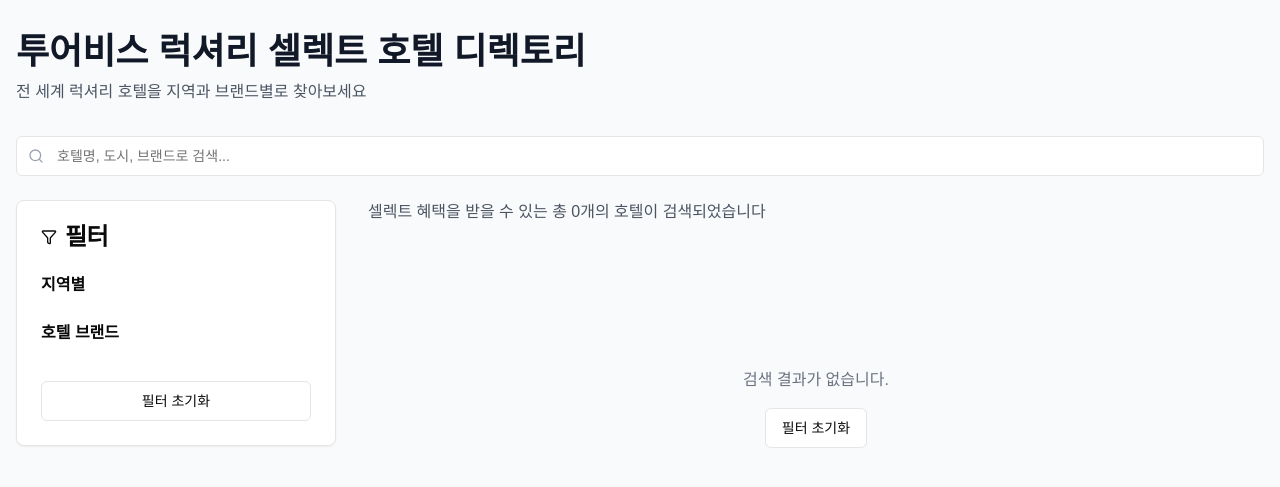
Repository: Dev-Expertise-TS/select-hotel-list2
Page: /
These files come from the project's save history. The page is drawn as it stood at one moment and after the next save; the edit follows.
The browser window is 1280 px wide. The pictures show the whole page.
The page's requests for data from a server got no answer. The project was rebuilt for these pictures with package versions that can differ from the ones it lists, and the page was loaded fresh each time. The framework's server and built-in components were replaced by stand-ins that run in the browser. No one was signed in, and anything a server would have sent is missing. Also part of the build but not shown: next.config.mjs, src/components/ui/badge.tsx, src/components/ui/checkbox.tsx, src/components/ui/label.tsx.

Above is the page before, as saved 2025-06-16 22:48:47.

### app/page.tsx
"use client";

import { useState, useMemo, useEffect } from "react";
import { Search, Filter, Loader2 } from "lucide-react";
import { Button } from "@/components/ui/button";
import { Input } from "@/components/ui/input";
import { Card, CardContent, CardHeader, CardTitle } from "@/components/ui/card";
import { Badge } from "@/components/ui/badge";
import { Checkbox } from "@/components/ui/checkbox";
import { Label } from "@/components/ui/label";
import {
  Sheet,
  SheetContent,
  SheetDescription,
  SheetHeader,
  SheetTitle,
  SheetTrigger,
} from "@/components/ui/sheet";
import { loadHotelData } from "../data/hotels";
import type { FilterState, Hotel } from "../types/hotel";
import Image from "next/image";

const ITEMS_PER_PAGE = 12;

// 브랜드명을 정규화하는 함수
function normalizeBrandName(brandName: string): string {
  if (!brandName) return "기타";

  let normalized = brandName.trim();

  // 괄호 안의 내용 제거 (예: "LXR Hotels & Resorts (Hilton)" -> "LXR Hotels & Resorts")
  normalized = normalized.replace(/\s*$$[^)]*$$/g, "");

  // 쉼표 이후 내용 제거
  normalized = normalized.split(",")[0].trim();

  // 공통 접미사 제거
  const suffixesToRemove = [
    "Hotels & Resorts",
    "Hotels and Resorts",
    "International",
    "Worldwide",
    "Collection",
    "Group",
    "Hotels",
    "Resorts",
    "& Resorts",
    "and Resorts",
  ];

  for (const suffix of suffixesToRemove) {
    const regex = new RegExp(
      `\\s+${suffix.replace(/[.*+?^${}()|[\]\\]/g, "\\$&")}$`,
      "i"
    );
    normalized = normalized.replace(regex, "");
  }

  // 특별한 경우들 처리
  const brandMappings: { [key: string]: string } = {
    "DoubleTree by Hilton": "DoubleTree",
    "Hampton Inn & Suites": "Hampton Inn",
    "Hampton Inn by Hilton": "Hampton Inn",
    "Hilton Garden Inn": "Hilton Garden Inn",
    "Embassy Suites by Hilton": "Embassy Suites",
    "Homewood Suites by Hilton": "Homewood Suites",
    "Home2 Suites by Hilton": "Home2 Suites",
    "Tru by Hilton": "Tru",
    "Curio Collection by Hilton": "Curio Collection",
    "Tapestry Collection by Hilton": "Tapestry Collection",
    "LXR Hotels & Resorts": "LXR",
    "Waldorf Astoria": "Waldorf Astoria",
    Conrad: "Conrad",

    "Marriott Hotels": "Marriott",
    "JW Marriott": "JW Marriott",
    "The Ritz-Carlton": "Ritz-Carlton",
    "W Hotels": "W Hotels",
    "The Luxury Collection": "Luxury Collection",
    "St. Regis": "St. Regis",
    "Le Meridien": "Le Meridien",
    Westin: "Westin",
    Sheraton: "Sheraton",
    Renaissance: "Renaissance",
    "Autograph Collection": "Autograph Collection",
    "Delta Hotels": "Delta Hotels",
    "Marriott Executive Apartments": "Marriott Executive Apartments",
    "Courtyard by Marriott": "Courtyard",
    "Four Points by Sheraton": "Four Points",
    "SpringHill Suites": "SpringHill Suites",
    "Fairfield Inn & Suites": "Fairfield Inn",
    "Residence Inn": "Residence Inn",
    "TownePlace Suites": "TownePlace Suites",
    "AC Hotels by Marriott": "AC Hotels",
    Aloft: "Aloft",
    Element: "Element",
    Moxy: "Moxy",

    "Park Hyatt": "Park Hyatt",
    "Grand Hyatt": "Grand Hyatt",
    "Hyatt Regency": "Hyatt Regency",
    "Hyatt Centric": "Hyatt Centric",
    Andaz: "Andaz",
    Thompson: "Thompson",
    "Hyatt House": "Hyatt House",
    "Hyatt Place": "Hyatt Place",

    InterContinental: "InterContinental",
    "Crowne Plaza": "Crowne Plaza",
    "Holiday Inn Express": "Holiday Inn Express",
    "Holiday Inn": "Holiday Inn",
    "Staybridge Suites": "Staybridge Suites",
    "Candlewood Suites": "Candlewood Suites",
    "Hotel Indigo": "Hotel Indigo",
    EVEN: "EVEN",
    Kimpton: "Kimpton",
    Regent: "Regent",
    "Six Senses": "Six Senses",
    HUALUXE: "HUALUXE",

    "Four Seasons": "Four Seasons",
    "Mandarin Oriental": "Mandarin Oriental",
    Peninsula: "Peninsula",
    "Shangri-La": "Shangri-La",
    "Banyan Tree": "Banyan Tree",
    Aman: "Aman",
    "One&Only": "One&Only",
    Rosewood: "Rosewood",
    Edition: "Edition",

    Sofitel: "Sofitel",
    Pullman: "Pullman",
    MGallery: "MGallery",
    Novotel: "Novotel",
    Mercure: "Mercure",
    Adagio: "Adagio",
    ibis: "ibis",
    "ibis Styles": "ibis Styles",
    "ibis budget": "ibis budget",
  };

  // 매핑된 브랜드명이 있으면 사용
  for (const [key, value] of Object.entries(brandMappings)) {
    if (normalized.toLowerCase().includes(key.toLowerCase())) {
      return value;
    }
  }

  return normalized.trim() || "기타";
}

export default function HotelDirectory() {
  const [currentPage, setCurrentPage] = useState(1);
  const [hotels, setHotels] = useState<Hotel[]>([]);
  const [loading, setLoading] = useState(true);
  const [filters, setFilters] = useState<FilterState>({
    search: "",
    regions: [],
    brands: [],
    priceRange: [0, 1000],
    minRating: 0,
  });

  // 데이터 로드
  useEffect(() => {
    async function fetchData() {
      setLoading(true);
      const data = await loadHotelData();
      setHotels(data);
      setLoading(false);
    }

    fetchData();
  }, []);

  const uniqueRegions = useMemo(() => {
    const regions = [...new Set(hotels.map((hotel) => hotel.region))];
    const filteredRegions = regions.filter(
      (region) => region && region !== "기타"
    );

    // 우선순위 지역 정의
    const priorityRegions = ["아시아", "북아메리카"];
    const orderedRegions: string[] = [];

    // 우선순위 지역을 먼저 추가
    priorityRegions.forEach((priority) => {
      if (filteredRegions.includes(priority)) {
        orderedRegions.push(priority);
      }
    });

    // 나머지 지역을 알파벳 순으로 추가
    const remainingRegions = filteredRegions
      .filter((region) => !priorityRegions.includes(region))
      .sort();

    orderedRegions.push(...remainingRegions);

    // "기타" 항목이 있으면 마지막에 추가
    const hasOther =
      regions.includes("기타") ||
      regions.includes("") ||
      regions.includes(null);
    if (hasOther) {
      orderedRegions.push("기타");
    }

    return orderedRegions;
  }, [hotels]);

  const regionCounts = useMemo(() => {
    const counts: { [key: string]: number } = {};
    hotels.forEach((hotel) => {
      const region = hotel.region || "기타";
      counts[region] = (counts[region] || 0) + 1;
    });
    return counts;
  }, [hotels]);

  const uniqueBrands = useMemo(() => {
    // 정규화된 브랜드명으로 그룹화
    const normalizedBrandCounts: { [key: string]: number } = {};
    const brandMapping: { [key: string]: string[] } = {}; // 정규화된 브랜드 -> 원본 브랜드들

    hotels.forEach((hotel) => {
      const originalBrand = hotel.brand;
      const normalizedBrand = normalizeBrandName(originalBrand);

      normalizedBrandCounts[normalizedBrand] =
        (normalizedBrandCounts[normalizedBrand] || 0) + 1;

      if (!brandMapping[normalizedBrand]) {
        brandMapping[normalizedBrand] = [];
      }
      if (!brandMapping[normalizedBrand].includes(originalBrand)) {
        brandMapping[normalizedBrand].push(originalBrand);
      }
    });

    const brands = Object.keys(normalizedBrandCounts);

    // 인기 브랜드 우선순위 정의
    const popularBrands = [
      "Marriott",
      "Hilton",
      "Hyatt",
      "InterContinental",
      "Four Seasons",
      "Ritz-Carlton",
      "Sheraton",
      "Westin",
      "DoubleTree",
      "Crowne Plaza",
      "Holiday Inn",
      "Sofitel",
      "Novotel",
      "Mercure",
      "Radisson",
      "Best Western",
      "Accor",
    ];

    // 브랜드를 인기도 순으로 정렬
    const sortedBrands = brands.sort((a, b) => {
      // 1. 인기 브랜드 우선순위 확인
      const aIsPopular = popularBrands.some((popular) => a.includes(popular));
      const bIsPopular = popularBrands.some((popular) => b.includes(popular));

      if (aIsPopular && !bIsPopular) return -1;
      if (!aIsPopular && bIsPopular) return 1;

      // 2. 둘 다 인기 브랜드이거나 둘 다 아닌 경우, 호텔 개수로 정렬
      const countDiff = normalizedBrandCounts[b] - normalizedBrandCounts[a];
      if (countDiff !== 0) return countDiff;

      // 3. 호텔 개수가 같으면 알파벳 순
      return a.localeCompare(b);
    });

    return sortedBrands;
  }, [hotels]);

  const brandCounts = useMemo(() => {
    const counts: { [key: string]: number } = {};
    hotels.forEach((hotel) => {
      const normalizedBrand = normalizeBrandName(hotel.brand);
      counts[normalizedBrand] = (counts[normalizedBrand] || 0) + 1;
    });
    return counts;
  }, [hotels]);

  const filteredHotels = useMemo(() => {
    return hotels.filter((hotel) => {
      const matchesSearch =
        hotel.name.toLowerCase().includes(filters.search.toLowerCase()) ||
        hotel.city.toLowerCase().includes(filters.search.toLowerCase()) ||
        hotel.brand.toLowerCase().includes(filters.search.toLowerCase()) ||
        hotel.nameEng.toLowerCase().includes(filters.search.toLowerCase());

      const matchesRegion =
        filters.regions.length === 0 || filters.regions.includes(hotel.region);

      // 브랜드 필터링 시 정규화된 브랜드명으로 비교
      const normalizedHotelBrand = normalizeBrandName(hotel.brand);
      const matchesBrand =
        filters.brands.length === 0 ||
        filters.brands.includes(normalizedHotelBrand);

      const matchesPrice =
        hotel.price >= filters.priceRange[0] &&
        hotel.price <= filters.priceRange[1];
      const matchesRating = hotel.rating >= filters.minRating;

      return (
        matchesSearch &&
        matchesRegion &&
        matchesBrand &&
        matchesPrice &&
        matchesRating
      );
    });
  }, [hotels, filters]);

  const totalPages = Math.ceil(filteredHotels.length / ITEMS_PER_PAGE);
  const startIndex = (currentPage - 1) * ITEMS_PER_PAGE;
  const paginatedHotels = filteredHotels.slice(
    startIndex,
    startIndex + ITEMS_PER_PAGE
  );

  const handleRegionChange = (region: string, checked: boolean) => {
    setFilters((prev) => ({
      ...prev,
      regions: checked
        ? [...prev.regions, region]
        : prev.regions.filter((r) => r !== region),
    }));
    setCurrentPage(1);
  };

  const handleBrandChange = (brand: string, checked: boolean) => {
    setFilters((prev) => ({
      ...prev,
      brands: checked
        ? [...prev.brands, brand]
        : prev.brands.filter((b) => b !== brand),
    }));
    setCurrentPage(1);
  };

  const clearFilters = () => {
    setFilters({
      search: "",
      regions: [],
      brands: [],
      priceRange: [0, 1000],
      minRating: 0,
    });
    setCurrentPage(1);
  };

  const FilterContent = () => (
    <div className="space-y-6">
      <div>
        <h3 className="font-semibold mb-3">지역별</h3>
        <div className="space-y-2">
          {uniqueRegions.map((region) => (
            <div
              key={region}
              className="flex items-center justify-between space-x-2"
            >
              <div className="flex items-center space-x-2">
                <Checkbox
                  id={`region-${region}`}
                  checked={filters.regions.includes(region)}
                  onCheckedChange={(checked) =>
                    handleRegionChange(region, checked as boolean)
                  }
                />
                <Label htmlFor={`region-${region}`} className="text-sm">
                  {region ? region : "기타"}
                </Label>
              </div>
              <span className="text-xs text-gray-500">
                {regionCounts[region || "기타"] || 0}
              </span>
            </div>
          ))}
        </div>
      </div>

      <div>
        <h3 className="font-semibold mb-3">호텔 브랜드</h3>
        <div className="space-y-2 max-h-96 overflow-y-auto">
          {uniqueBrands.map((brand) => (
            <div
              key={brand}
              className="flex items-center justify-between space-x-2"
            >
              <div className="flex items-center space-x-2">
                <Checkbox
                  id={`brand-${brand}`}
                  checked={filters.brands.includes(brand)}
                  onCheckedChange={(checked) =>
                    handleBrandChange(brand, checked as boolean)
                  }
                />
                <Label htmlFor={`brand-${brand}`} className="text-sm">
                  {brand}
                </Label>
              </div>
              <span className="text-xs text-gray-500">
                {brandCounts[brand] || 0}
              </span>
            </div>
          ))}
        </div>
      </div>

      <Button onClick={clearFilters} variant="outline" className="w-full">
        필터 초기화
      </Button>
    </div>
  );

  return (
    <div className="min-h-screen bg-gray-50">
      <div className="container mx-auto px-4 py-8">
        {/* Header */}
        <div className="mb-8">
          <h1 className="text-4xl font-bold text-gray-900 mb-2">
            투어비스 럭셔리 셀렉트 호텔 디렉토리
          </h1>
          <p className="text-gray-600">
            전 세계 럭셔리 호텔을 지역과 브랜드별로 찾아보세요
          </p>
        </div>

        {/* Search and Filter Bar */}
        <div className="flex flex-col sm:flex-row gap-4 mb-6">
          <div className="relative flex-1">
            <Search className="absolute left-3 top-1/2 transform -translate-y-1/2 text-gray-400 w-4 h-4" />
            <Input
              placeholder="호텔명, 도시, 브랜드로 검색..."
              value={filters.search}
              onChange={(e) => {
                setFilters((prev) => ({
                  ...prev,
                  search: e.target.value,
                  regions: [],
                  brands: [],
                }));
                setCurrentPage(1);
              }}
              className="pl-10"
            />
          </div>

          {/* Mobile Filter Button */}
          <Sheet>
            <SheetTrigger asChild>
              <Button variant="outline" className="sm:hidden">
                <Filter className="w-4 h-4 mr-2" />
                필터
              </Button>
            </SheetTrigger>
            <SheetContent>
              <SheetHeader>
                <SheetTitle>필터</SheetTitle>
                <SheetDescription>
                  원하는 조건으로 호텔을 필터링하세요
                </SheetDescription>
              </SheetHeader>
              <div className="mt-6">
                <FilterContent />
              </div>
            </SheetContent>
          </Sheet>
        </div>

        <div className="flex gap-8">
          {/* Desktop Sidebar Filter */}
          <div className="hidden sm:block w-80 shrink-0">
            <Card>
              <CardHeader>
                <CardTitle className="flex items-center gap-2">
                  <Filter className="w-4 h-4" />
                  필터
                </CardTitle>
              </CardHeader>
              <CardContent>
                <FilterContent />
              </CardContent>
            </Card>
          </div>

          {/* Main Content */}
          <div className="flex-1">
            {/* Results Summary */}
            <div className="mb-6">
              <p className="text-gray-600">
                셀렉트 혜택을 받을 수 있는 총 {filteredHotels.length}개의 호텔이
                검색되었습니다
                {filters.regions.length > 0 && (
                  <span className="ml-2">
                    지역:{" "}
                    {filters.regions.map((region) => (
                      <Badge key={region} variant="secondary" className="ml-1">
                        {region}
                      </Badge>
                    ))}
                  </span>
                )}
                {filters.brands.length > 0 && (
                  <span className="ml-2">
                    브랜드:{" "}
                    {filters.brands.slice(0, 3).map((brand) => (
                      <Badge key={brand} variant="secondary" className="ml-1">
                        {brand}
                      </Badge>
                    ))}
                    {filters.brands.length > 3 && (
                      <Badge variant="secondary" className="ml-1">
                        +{filters.brands.length - 3}
                      </Badge>
                    )}
                  </span>
                )}
              </p>
            </div>

            {/* Loading State */}
            {loading ? (
              <div className="flex justify-center items-center h-64">
                <Loader2 className="h-8 w-8 animate-spin text-gray-500" />
                <span className="ml-2 text-gray-500">
                  호텔 데이터를 불러오는 중...
                </span>
              </div>
            ) : (
              <>
                {/* Hotel Grid */}
                <div className="grid grid-cols-2 sm:grid-cols-2 lg:grid-cols-3 xl:grid-cols-4 gap-4 sm:gap-6 mb-8">
                  {paginatedHotels.map((hotel) => (
                    <div key={hotel.id} className="group cursor-pointer">
                      <div className="relative mb-3">
                        <div className="relative aspect-square rounded-xl overflow-hidden">
                          <Image
                            src={hotel.image || "/placeholder.svg"}
                            alt={hotel.name}
                            fill
                            className="object-cover group-hover:scale-105 transition-transform duration-300"
                          />
                          <div className="absolute bottom-3 left-3">
                            <Badge className="bg-white text-black text-xs font-medium px-2 py-1 shadow-sm">
                              {normalizeBrandName(hotel.brand)}
                            </Badge>
                          </div>
                        </div>
                      </div>

                      <div className="space-y-1">
                        <div className="flex items-start justify-between">
                          <div className="flex-1 min-w-0">
                            <div className="flex items-center gap-2">
                              <h3 className="font-medium text-gray-900 text-xs sm:text-sm leading-tight">
                                {hotel.name}
                              </h3>
                            </div>
                            <p className="text-gray-500 text-xs sm:text-sm truncate">
                              {hotel.city}, {hotel.country}
                            </p>
                          </div>
                        </div>

                        <div className="pt-1">
                          <p className="text-gray-500 text-xs truncate">
                            {hotel.address}
                          </p>
                        </div>
                      </div>
                    </div>
                  ))}
                </div>

                {/* Empty State */}
                {paginatedHotels.length === 0 && !loading && (
                  <div className="flex flex-col items-center justify-center h-64 text-center">
                    <p className="text-gray-500 mb-4">검색 결과가 없습니다.</p>
                    <Button onClick={clearFilters} variant="outline">
                      필터 초기화
                    </Button>
                  </div>
                )}

                {/* Pagination */}
                {totalPages > 1 && (
                  <div className="flex justify-center items-center space-x-2">
                    <Button
                      variant="outline"
                      onClick={() =>
                        setCurrentPage((prev) => Math.max(prev - 1, 1))
                      }
                      disabled={currentPage === 1}
                    >
                      이전
                    </Button>

                    <div className="flex space-x-1">
                      {Array.from(
                        { length: Math.min(5, totalPages) },
                        (_, i) => {
                          let pageNum;
                          if (totalPages <= 5) {
                            pageNum = i + 1;
                          } else if (currentPage <= 3) {
                            pageNum = i + 1;
                          } else if (currentPage >= totalPages - 2) {
                            pageNum = totalPages - 4 + i;
                          } else {
                            pageNum = currentPage - 2 + i;
                          }

                          return (
                            <Button
                              key={pageNum}
                              variant={
                                currentPage === pageNum ? "default" : "outline"
                              }
                              onClick={() => setCurrentPage(pageNum)}
                              className="w-10 h-10 p-0"
                            >
                              {pageNum}
                            </Button>
                          );
                        }
                      )}
                    </div>

                    <Button
                      variant="outline"
                      onClick={() =>
                        setCurrentPage((prev) => Math.min(prev + 1, totalPages))
                      }
                      disabled={currentPage === totalPages}
                    >
                      다음
                    </Button>
                  </div>
                )}
              </>
            )}
          </div>
        </div>
      </div>
    </div>
  );
}

### src/components/ui/button.tsx
import * as React from "react"
import { Slot } from "@radix-ui/react-slot"
import { cva, type VariantProps } from "class-variance-authority"

import { cn } from "@/lib/utils"

const buttonVariants = cva(
  "inline-flex items-center justify-center gap-2 whitespace-nowrap rounded-md text-sm font-medium ring-offset-background transition-colors focus-visible:outline-none focus-visible:ring-2 focus-visible:ring-ring focus-visible:ring-offset-2 disabled:pointer-events-none disabled:opacity-50 [&_svg]:pointer-events-none [&_svg]:size-4 [&_svg]:shrink-0",
  {
    variants: {
      variant: {
        default: "bg-primary text-primary-foreground hover:bg-primary/90",
        destructive:
          "bg-destructive text-destructive-foreground hover:bg-destructive/90",
        outline:
          "border border-input bg-background hover:bg-accent hover:text-accent-foreground",
        secondary:
          "bg-secondary text-secondary-foreground hover:bg-secondary/80",
        ghost: "hover:bg-accent hover:text-accent-foreground",
        link: "text-primary underline-offset-4 hover:underline",
      },
      size: {
        default: "h-10 px-4 py-2",
        sm: "h-9 rounded-md px-3",
        lg: "h-11 rounded-md px-8",
        icon: "h-10 w-10",
      },
    },
    defaultVariants: {
      variant: "default",
      size: "default",
    },
  }
)

export interface ButtonProps
  extends React.ButtonHTMLAttributes<HTMLButtonElement>,
    VariantProps<typeof buttonVariants> {
  asChild?: boolean
}

const Button = React.forwardRef<HTMLButtonElement, ButtonProps>(
  ({ className, variant, size, asChild = false, ...props }, ref) => {
    const Comp = asChild ? Slot : "button"
    return (
      <Comp
        className={cn(buttonVariants({ variant, size, className }))}
        ref={ref}
        {...props}
      />
    )
  }
)
Button.displayName = "Button"

export { Button, buttonVariants }

### src/components/ui/input.tsx
import * as React from "react"

import { cn } from "@/lib/utils"

const Input = React.forwardRef<HTMLInputElement, React.ComponentProps<"input">>(
  ({ className, type, ...props }, ref) => {
    return (
      <input
        type={type}
        className={cn(
          "flex h-10 w-full rounded-md border border-input bg-background px-3 py-2 text-base ring-offset-background file:border-0 file:bg-transparent file:text-sm file:font-medium file:text-foreground placeholder:text-muted-foreground focus-visible:outline-none focus-visible:ring-2 focus-visible:ring-ring focus-visible:ring-offset-2 disabled:cursor-not-allowed disabled:opacity-50 md:text-sm",
          className
        )}
        ref={ref}
        {...props}
      />
    )
  }
)
Input.displayName = "Input"

export { Input }

### src/components/ui/card.tsx
import * as React from "react"

import { cn } from "@/lib/utils"

const Card = React.forwardRef<
  HTMLDivElement,
  React.HTMLAttributes<HTMLDivElement>
>(({ className, ...props }, ref) => (
  <div
    ref={ref}
    className={cn(
      "rounded-lg border bg-card text-card-foreground shadow-sm",
      className
    )}
    {...props}
  />
))
Card.displayName = "Card"

const CardHeader = React.forwardRef<
  HTMLDivElement,
  React.HTMLAttributes<HTMLDivElement>
>(({ className, ...props }, ref) => (
  <div
    ref={ref}
    className={cn("flex flex-col space-y-1.5 p-6", className)}
    {...props}
  />
))
CardHeader.displayName = "CardHeader"

const CardTitle = React.forwardRef<
  HTMLDivElement,
  React.HTMLAttributes<HTMLDivElement>
>(({ className, ...props }, ref) => (
  <div
    ref={ref}
    className={cn(
      "text-2xl font-semibold leading-none tracking-tight",
      className
    )}
    {...props}
  />
))
CardTitle.displayName = "CardTitle"

const CardDescription = React.forwardRef<
  HTMLDivElement,
  React.HTMLAttributes<HTMLDivElement>
>(({ className, ...props }, ref) => (
  <div
    ref={ref}
    className={cn("text-sm text-muted-foreground", className)}
    {...props}
  />
))
CardDescription.displayName = "CardDescription"

const CardContent = React.forwardRef<
  HTMLDivElement,
  React.HTMLAttributes<HTMLDivElement>
>(({ className, ...props }, ref) => (
  <div ref={ref} className={cn("p-6 pt-0", className)} {...props} />
))
CardContent.displayName = "CardContent"

const CardFooter = React.forwardRef<
  HTMLDivElement,
  React.HTMLAttributes<HTMLDivElement>
>(({ className, ...props }, ref) => (
  <div
    ref={ref}
    className={cn("flex items-center p-6 pt-0", className)}
    {...props}
  />
))
CardFooter.displayName = "CardFooter"

export { Card, CardHeader, CardFooter, CardTitle, CardDescription, CardContent }

Loaded but not shown: app/layout.tsx (common file); app/globals.css (common file); src/lib/utils.ts (common file); tailwind.config.ts (common file); src/components/ui/sheet.tsx (140 lines, source omitted); data/hotels.ts (139 lines, source omitted)

After the next save:
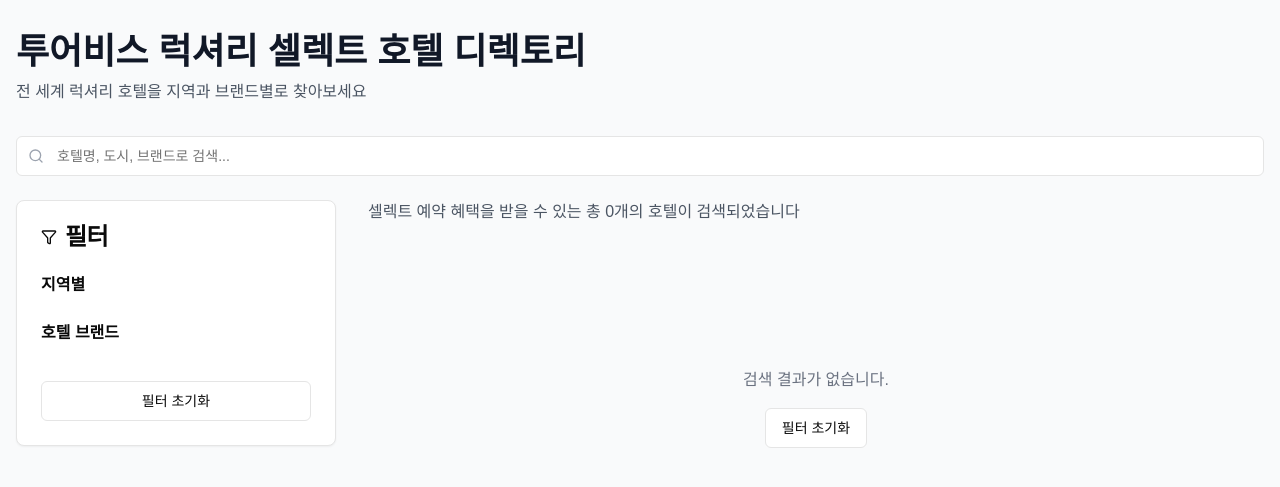
Saved 11 s later.
--- a/app/page.tsx
+++ b/app/page.tsx
@@ -500,8 +500,8 @@ export default function HotelDirectory() {
             {/* Results Summary */}
             <div className="mb-6">
               <p className="text-gray-600">
-                셀렉트 혜택을 받을 수 있는 총 {filteredHotels.length}개의 호텔이
-                검색되었습니다
+                셀렉트 예약 혜택을 받을 수 있는 총 {filteredHotels.length}개의
+                호텔이 검색되었습니다
                 {filters.regions.length > 0 && (
                   <span className="ml-2">
                     지역:{" "}
